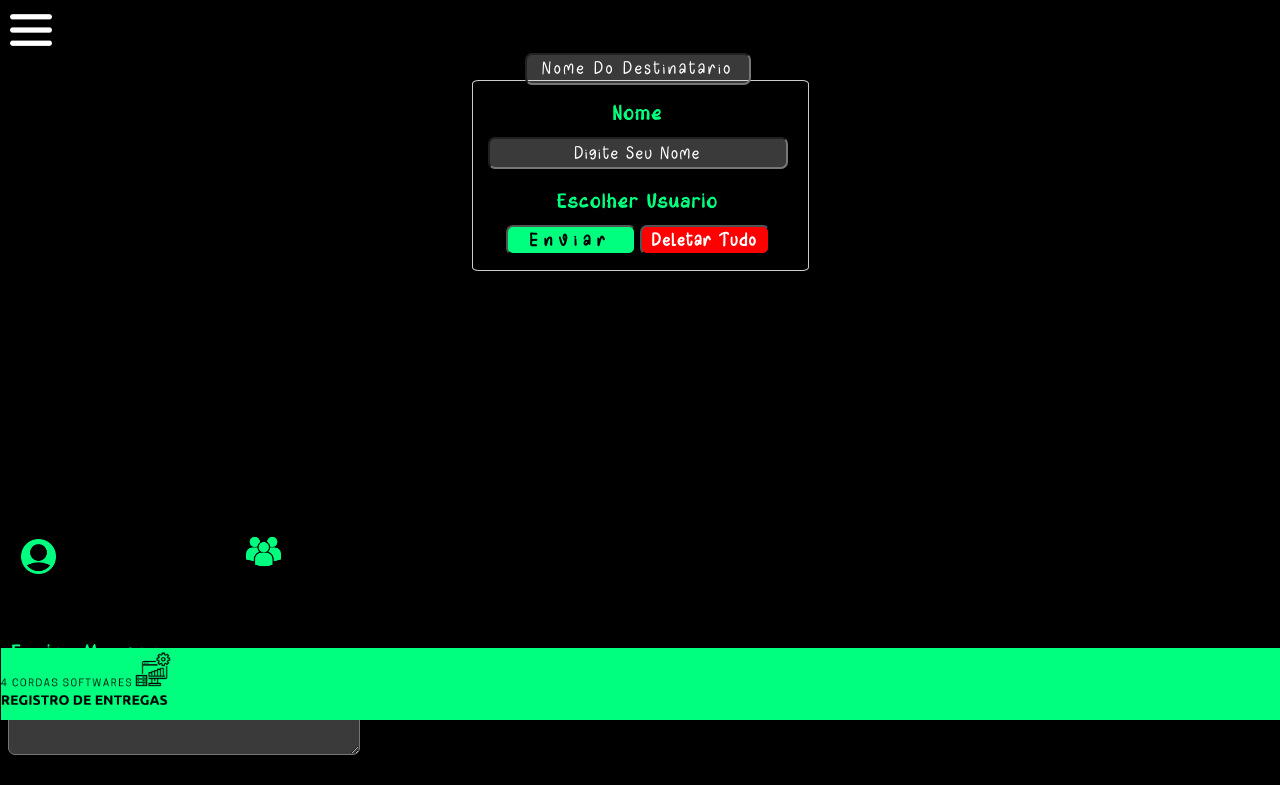
Repository: alfredo-allan/relatorioentregas
Page: pages/chatapp.html
The author's editor kept a copy of each file at every save. The page is drawn from the files as they stood at one save, then again after the next save.
The browser window is 1280 px wide. The pictures show the whole page.
The page's requests for data from a server got no answer.

Above is the page before, as saved 2024-05-16 22:12:57.
Console error: TypeError: Cannot read properties of null (reading 'addEventListener')

After the next save:
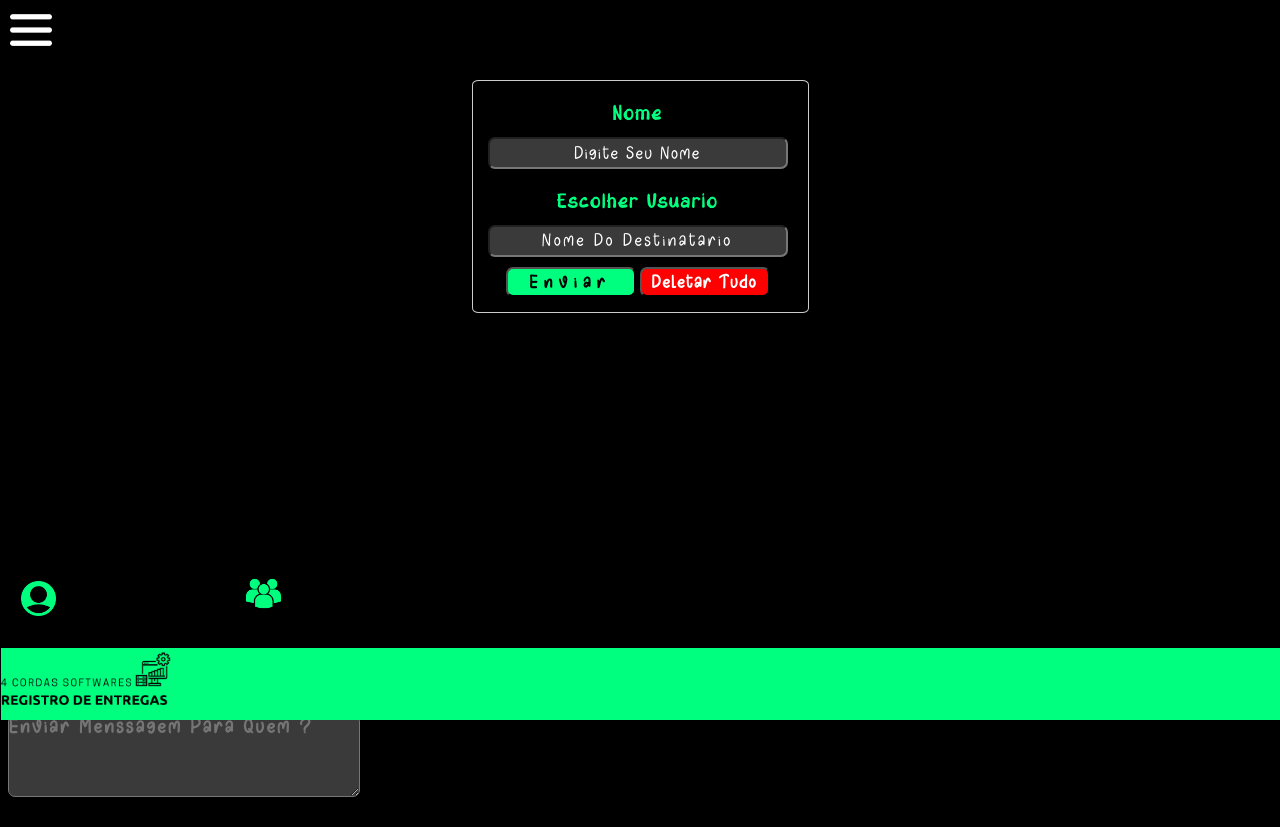
Saved 105 s later.
--- a/style/styles.css
+++ b/style/styles.css
@@ -416,11 +416,11 @@ span {
   letter-spacing: 3px;
 }
 
-#lstUsu {
+/* #lstUsu {
   width: 226px;
   position: absolute;
   margin-top: -38px;
-}
+} */
 
 input#lstUsu {
   font-family: var(--gribble-font);
